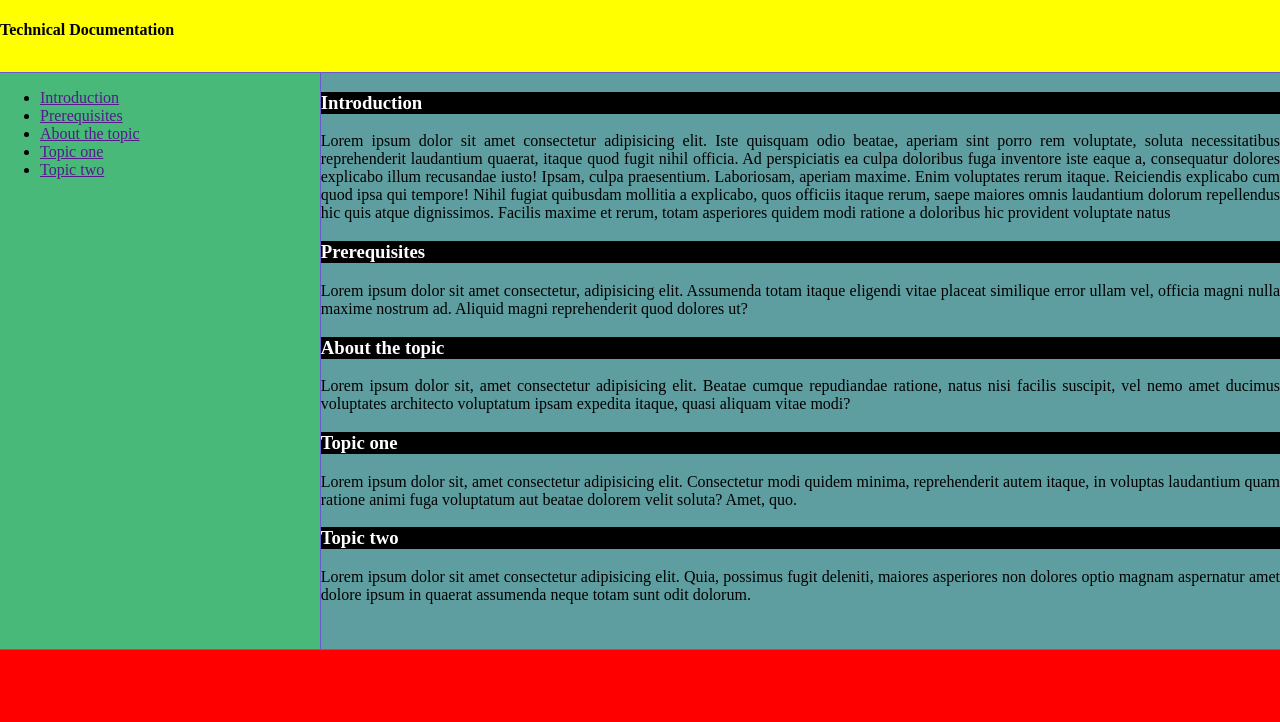
Repository: JoaoLemesDEV/Excercise-Tech-Documentation-Page
Page: index.html
An editor plug-in stored every save of this project. The page is shown before and after the next save, followed by the edit.
The browser window is 1280 px wide. The pictures show the whole page.

Above is the page before, as saved 2021-10-03 22:10:02.

### index.html
<!DOCTYPE html>
<html lang="en">
  <head>
    <meta charset="UTF-8" />
    <meta http-equiv="X-UA-Compatible" content="IE=edge" />
    <meta name="viewport" content="width=device-width, initial-scale=1.0" />
    <title>Technical Documentaion</title>
    <link rel="stylesheet" href="index.css" />
  </head>
  <body>
    <div class="wrapper">
      <header><h4>Technical Documentation</h4></header>
      <aside>
        <nav>
          <ul>
            <li><a href="">Introduction</a></li>
            <li><a href="">Prerequisites</a></li>
            <li><a href="">About the topic</a></li>
            <li><a href="">Topic one</a></li>
            <li><a href="">Topic two</a></li>
          </ul>
        </nav>
      </aside>
      <main>
        <section id="introduction">
          <h3 style="background: black; color: white">Introduction</h3>
          <p>
            Lorem ipsum dolor sit amet consectetur adipisicing elit. Iste
            quisquam odio beatae, aperiam sint porro rem voluptate, soluta
            necessitatibus reprehenderit laudantium quaerat, itaque quod fugit
            nihil officia. Ad perspiciatis ea culpa doloribus fuga inventore
            iste eaque a, consequatur dolores explicabo illum recusandae iusto!
            Ipsam, culpa praesentium. Laboriosam, aperiam maxime. Enim
            voluptates rerum itaque. Reiciendis explicabo cum quod ipsa qui
            tempore! Nihil fugiat quibusdam mollitia a explicabo, quos officiis
            itaque rerum, saepe maiores omnis laudantium dolorum repellendus hic
            quis atque dignissimos. Facilis maxime et rerum, totam asperiores
            quidem modi ratione a doloribus hic provident voluptate natus
          </p>
        </section>
        <section id="Prerequisites">
          <h3 style="background: black; color: white">Prerequisites</h3>
          <p>
            Lorem ipsum dolor sit amet consectetur, adipisicing elit. Assumenda
            totam itaque eligendi vitae placeat similique error ullam vel,
            officia magni nulla maxime nostrum ad. Aliquid magni reprehenderit
            quod dolores ut?
          </p>
        </section>
        <section id="about the topic">
          <h3 style="background: black; color: white">About the topic</h3>
          <p>
            Lorem ipsum dolor sit, amet consectetur adipisicing elit. Beatae
            cumque repudiandae ratione, natus nisi facilis suscipit, vel nemo
            amet ducimus voluptates architecto voluptatum ipsam expedita itaque,
            quasi aliquam vitae modi?
          </p>
        </section>
        <section id="topic one">
          <h3 style="background: black; color: white">Topic one</h3>
          <p>
            Lorem ipsum dolor sit, amet consectetur adipisicing elit.
            Consectetur modi quidem minima, reprehenderit autem itaque, in
            voluptas laudantium quam ratione animi fuga voluptatum aut beatae
            dolorem velit soluta? Amet, quo.
          </p>
        </section>
        <section id="topic two">
          <h3 style="background: black; color: white">Topic two</h3>
          <p>
            Lorem ipsum dolor sit amet consectetur adipisicing elit. Quia,
            possimus fugit deleniti, maiores asperiores non dolores optio magnam
            aspernatur amet dolore ipsum in quaerat assumenda neque totam sunt
            odit dolorum.
          </p>
        </section>
      </main>
      <footer></footer>
    </div>
  </body>
</html>

### index.css
html body {
  margin: 0;
  padding: 0;
  box-sizing: border-box;
  background-color: slateblue;
}
.wrapper {
  display: grid;
  grid-template-columns: 1fr 3fr;
  grid-template-rows: 10vh 80vh 10vh;
  grid-gap: 1px 1px;
  grid-template-areas: "h h" "a m" "f f";
}

header {
  background-color: yellow;
  grid-area: h;
}

aside {
  background-color: rgb(73, 185, 122);
  grid-area:a;
}

main {
  background-color: cadetblue;
  text-align: justify;
  grid-area: m;
}

footer {
  background-color: red;
  grid-area: f;
}

After the next save:
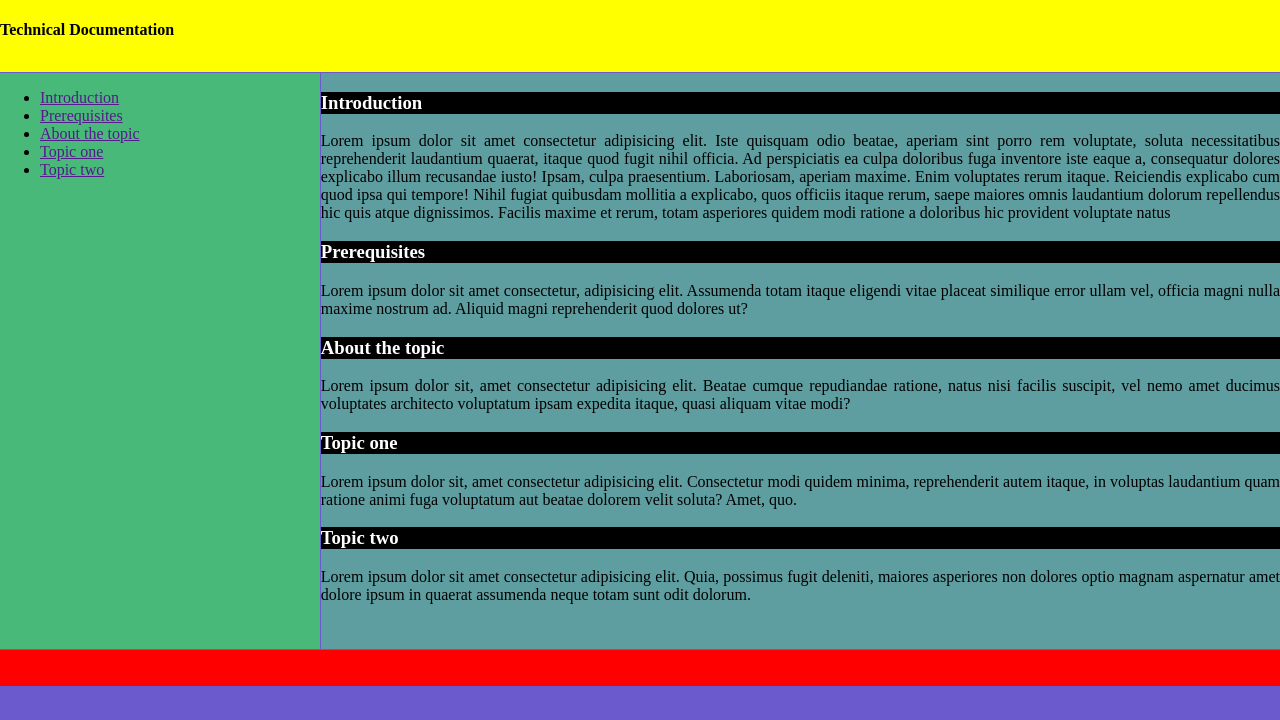
Saved 8 s later.
--- a/index.css
+++ b/index.css
@@ -7,7 +7,7 @@ html body {
 .wrapper {
   display: grid;
   grid-template-columns: 1fr 3fr;
-  grid-template-rows: 10vh 80vh 10vh;
+  grid-template-rows: 10vh 80vh 05vh;
   grid-gap: 1px 1px;
   grid-template-areas: "h h" "a m" "f f";
 }
